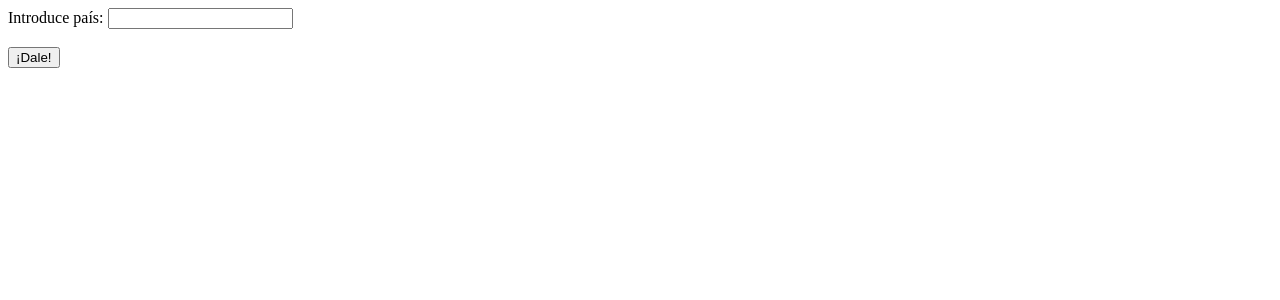
Repository: dasafo/PHP_MySQL_curso
Page: http://localhost/FormularioBusquedaPaises_30_I.php
An editor plug-in stored every save of this project. The page is shown before and after the next save, followed by the edit.
The browser window is 1280 px wide. The pictures show the whole page.
The page is run by PHP 8.4 with error messages shown; the project is at /var/www/html/.

Above is the page before, as saved 2018-11-08 10:48:03.

After the next save:
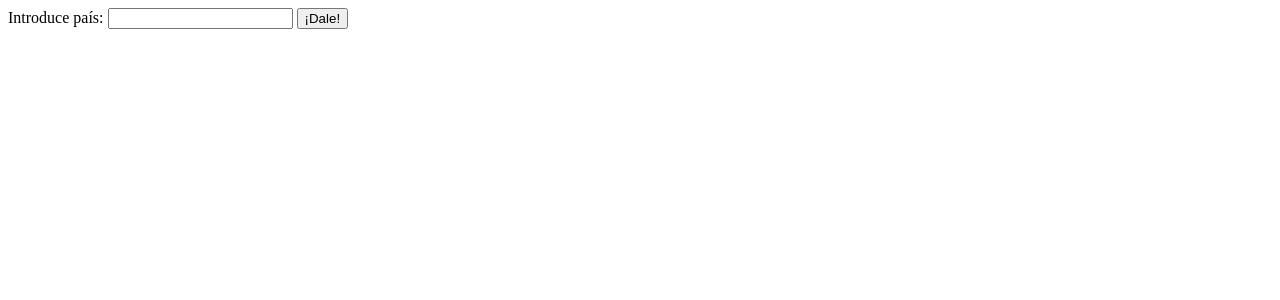
Saved 94 s later.
--- a/BBDD/FormularioBusquedaPaises_30_I.php
+++ b/BBDD/FormularioBusquedaPaises_30_I.php
@@ -8,9 +8,9 @@
 
      <form action="ResultadosPaises_30_II.php" method="get">
 
-     <label>Introduce país: <input type="text" name="buscar"> </label><br>
+     <label>Introduce país: <input type="text" name="buscar"> </label>
 
-     <br><input type="submit" name="enviando" value="¡Dale!">
+     <input type="submit" name="enviando" value="¡Dale!">
 
      </form>
 
